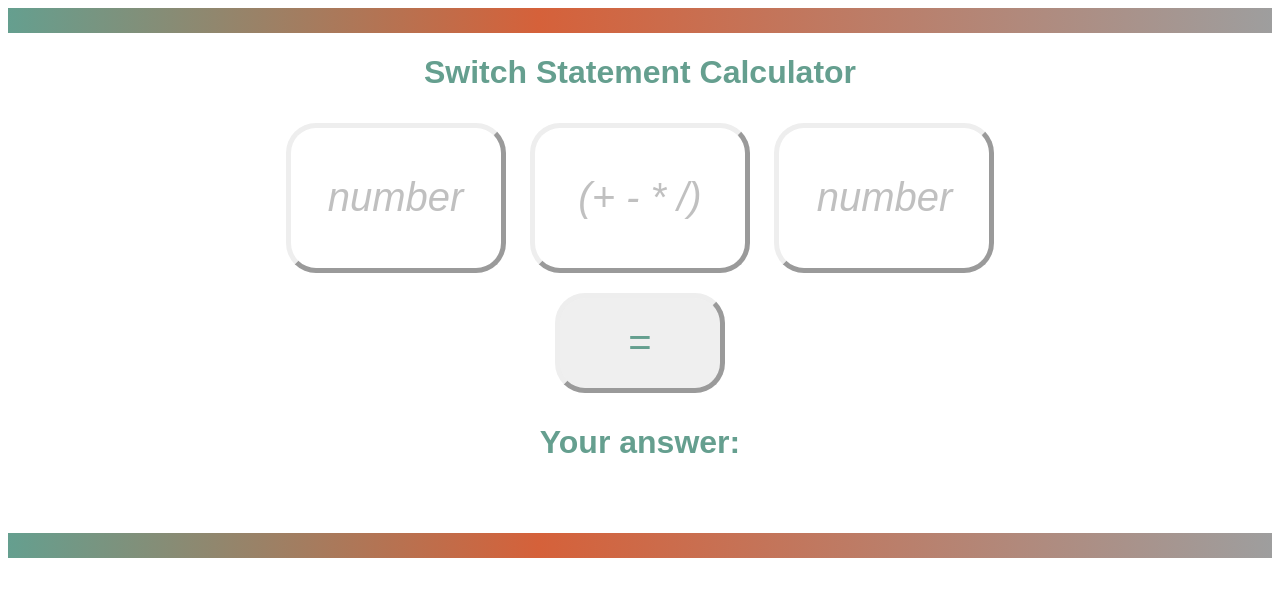
Repository: WesleyErasmus/threeInputCalculator
Page: html/switch-calculator.html
The author's editor kept a copy of each file at every save. The page is drawn from the files as they stood at one save, then again after the next save.
The browser window is 1280 px wide. The pictures show the whole page.

Above is the page before, as saved 2022-04-27 23:09:54.

After the next save:
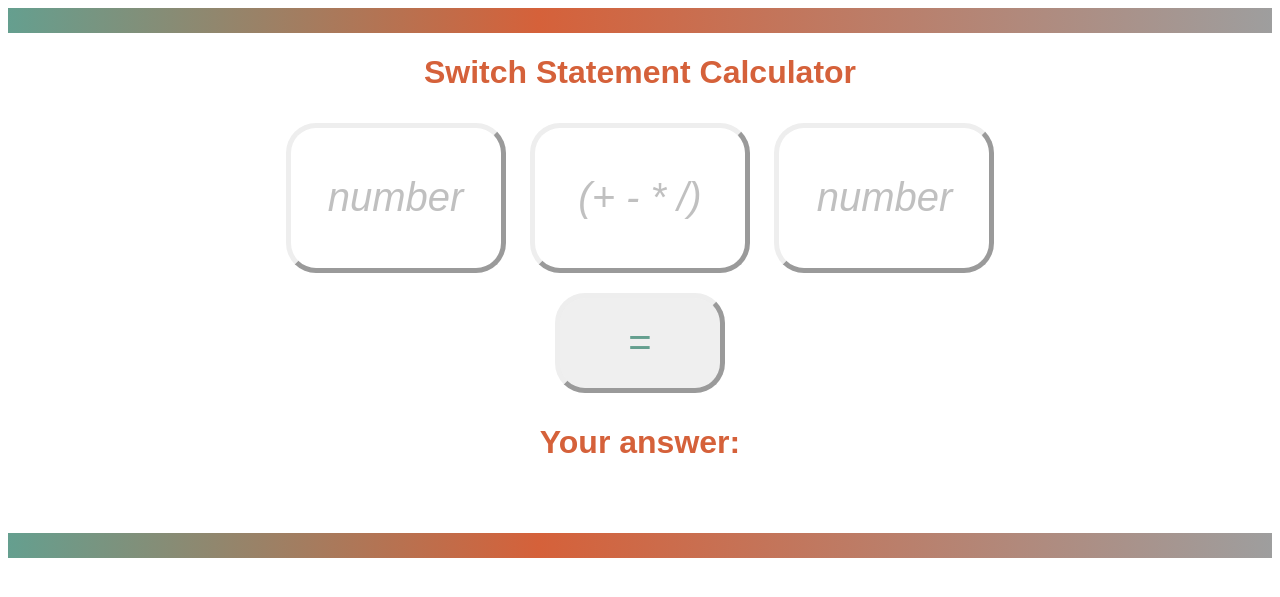
Saved 55 s later.
--- a/css/switch-calculator.css
+++ b/css/switch-calculator.css
@@ -7,7 +7,7 @@ background: linear-gradient(90deg, rgba(101,159,143,1) 0%, rgba(213,97,58,1) 42%
 height: 25px;
 }
 h1 {
-    color: #659f8f;
+    color: #d5613a;
 }
 form {
     display: block;
